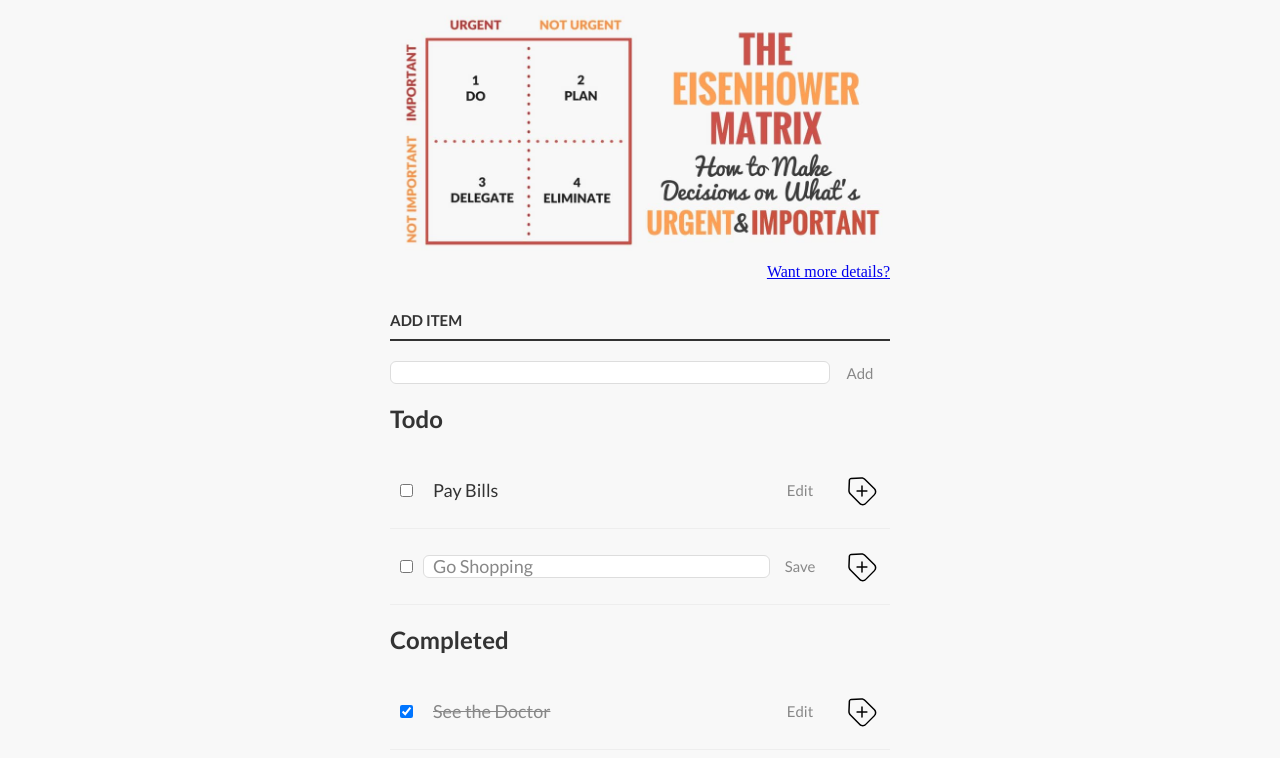
Repository: dev1siWoo/clean-code-s1e1
Page: index.html
These files come from the project's save history. The page is drawn as it stood at one moment and after the next save; the edit follows.
The browser window is 1280 px wide. The pictures show the whole page.

Above is the page before, as saved 2024-01-08 22:32:26.

After the next save:
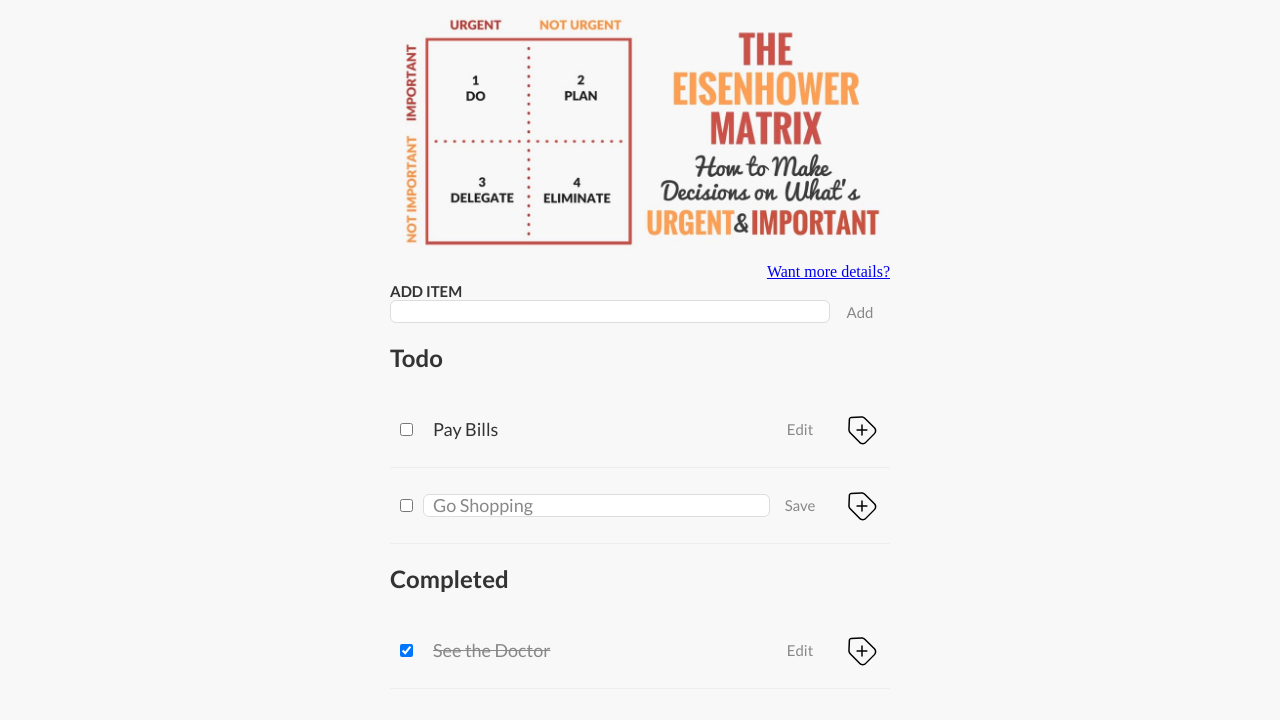
Saved 13 s later.
--- a/style.css
+++ b/style.css
@@ -87,7 +87,7 @@
 }
 
 /* New Task */
-label[for='new-task'] {
+label[for="'new-task'"] {
   display: block;
   margin: 0 0 20px;
 }

After the save that followed:
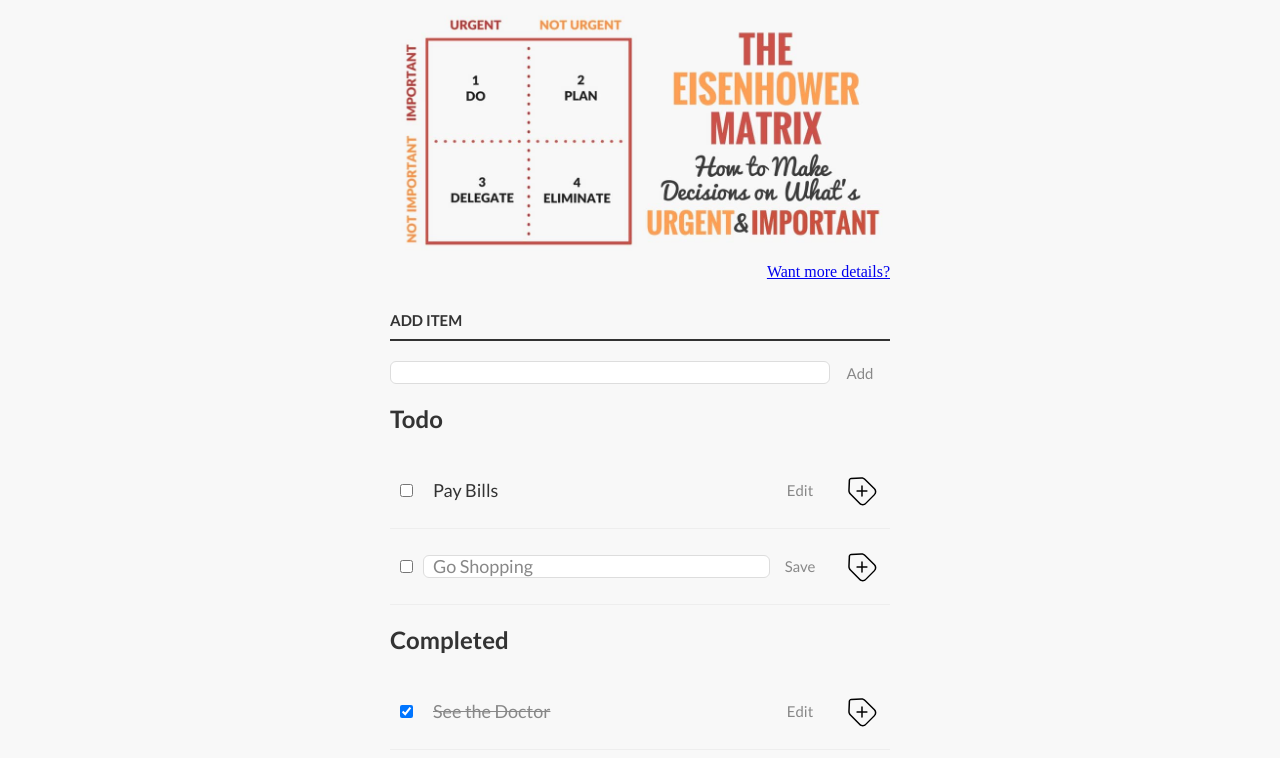
Saved 4 s later.
--- a/style.css
+++ b/style.css
@@ -87,7 +87,7 @@
 }
 
 /* New Task */
-label[for="'new-task'"] {
+label[for="new-task"] {
   display: block;
   margin: 0 0 20px;
 }
